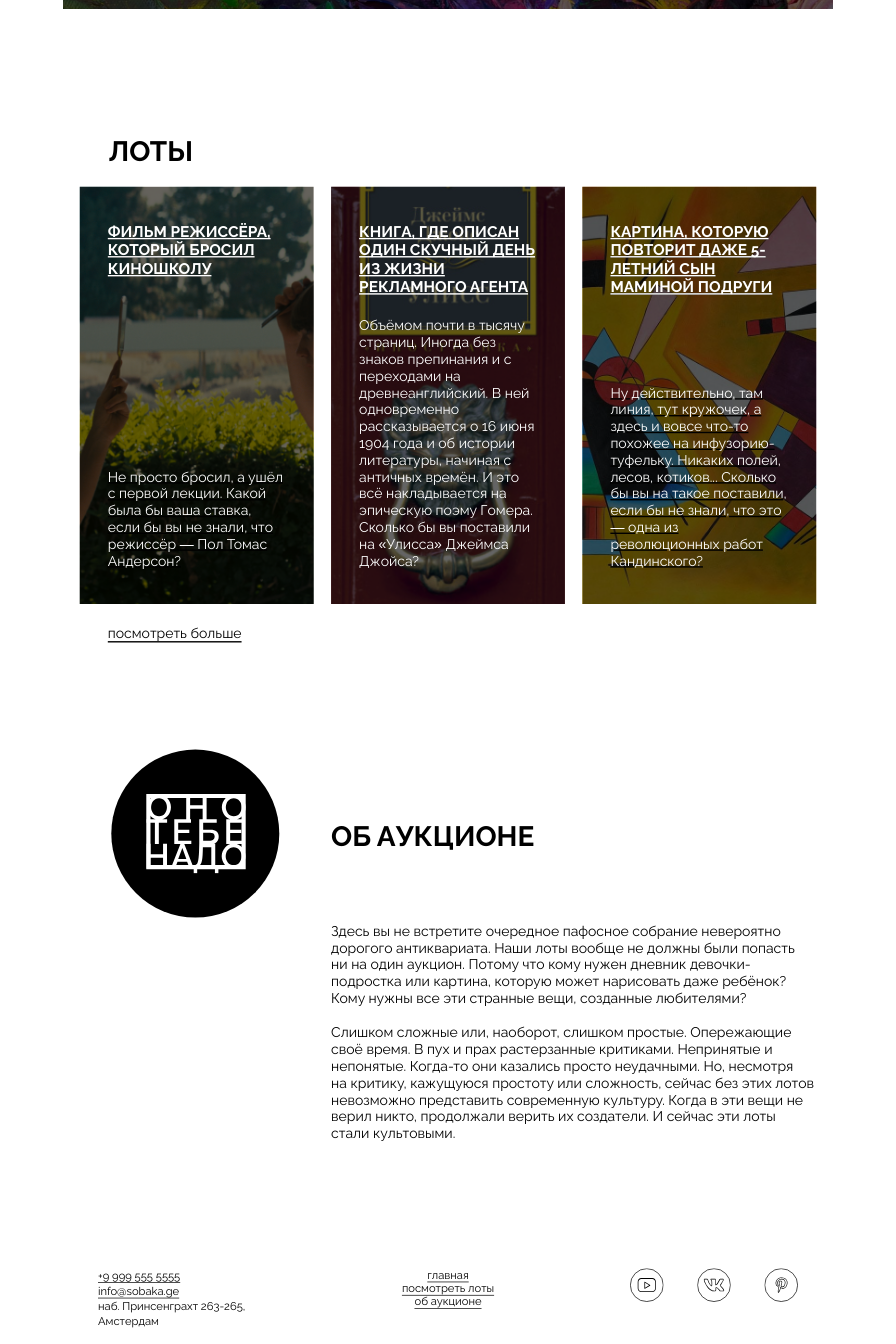
Repository: NikWolf75/ono-tebe-nado-fd
Page: index.html
These files come from the project's save history. The page is drawn as it stood at one moment and after a run of saves; the edit follows.
The browser window is 1280 px wide. The pictures show the part of the page from y = 1037 to 2957 px (the page is 2957 px tall before and 2955 px after), at 70% of full size.

Above is the page before, as saved 2024-12-17 14:11:48.

### index.html
<!DOCTYPE html>
<html lang="ru">
  <head>
    <meta charset="UTF-8">
    <meta http-equiv="X-UA-Compatible" content="IE=edge">
    <meta name="viewport" content="width=device-width, initial-scale=1.0">
    <link href="./fonts/fonts.css" rel="stylesheet">
    <link href="./styles/global.css" rel="stylesheet">
    <link href="./styles/style.css" rel="stylesheet">
    <title>Оно тебе надо — аукцион вещей, в которые никто не верил</title>
  </head>
  <body>
    <header class="header">
      <nav class="header__menu">
        <ul class="header__links-list">
          <li class="header__links-list-item header__links-list-item_no-bullit">
            <a class="header__link header__link-active" href="main">главная</a>
          </li>
          <li class="header__links-list-item">
            <a class="header__link" href="#lots">посмотреть лоты</a>
          </li>
          <li class="header__links-list-item">
            <a class="header__link" href="#about-lots">об аукционе</a>
          </li>
        </ul>
      </nav>
      <a class="header__logo">
        <img
          class="header__logo-image"
          src="./images/logo-black.svg"
          alt="Лого"
        >
      </a>
      <address class="header__address">
        <a href="tel:+99995555555">+9 999 555 5555</a><br>
        <a href="mailto:info@sobaka.ge">info@sobaka.ge</a><br>
        <p> наб. Принсенграхт 263-<br>265, Амстердам</p>
      </address>
    </header>
    <main>
      <section class="cover">
        <div class="overlay"></div>
        <h1 class="cover__title">
          <span class="cover__main-text text-left">Оно</span>
          <span class="cover__main-text text-center">Тебе</span>
          <span class="cover__main-text text-right">Надо</span>
        </h1>
        <div class="cover__discription">
          <p class="cover__discription-text">Аукцион вещей, в которые никто не верил</p>
          <a class="bet-button">Сделать ставку</a>
        </div>
      </section>
      <section class="lots">
        <h2 class="lots__heading">Лоты</h2>
          <ul class="lots__card-list">
            <li class="lots__card-list-item">
              <a class="card-link" href="main">
                <article class="card card_type_film">
                  <div class="overlay"></div>
                  <h3 class="card__title">
                    Фильм режиссёра, который бросил киношколу
                  </h3>
                  <p class="card__text">
                    Не просто бросил, а ушёл
                    с первой лекции. Какой
                    была бы ваша ставка, если бы вы не знали, что
                    режиссёр — Пол Томас
                    Андерсон?
                  </p>
                </article>
              </a>
            </li>
            <li class="lots__card-list-item">
              <a class="card__link" href="main">
                <article class="card card_type_book">
                  <div class="overlay"></div>
                  <h3 class="card__title">
                    Книга, где описан
                    один скучный день
                    из жизни
                    рекламного агента
                  </h3>
                  <p class="card__text">
                    Объёмом почти в тысячу
                    страниц. Иногда без
                    знаков препинания и с переходами на
                    древнеанглийский. В ней
                    одновременно
                    рассказывается о 16 июня
                    1904 года и об истории
                    литературы, начиная с
                    античных времён. И это
                    всё накладывается на
                    эпическую поэму Гомера.
                    Сколько бы вы поставили
                    на «Улисса» Джеймса
                    Джойса?
                  </p>
                </article>
              </a>
            </li>
            <li class="lots__card-list-item">
              <a class="card-link" href="main">
                <article class="card card_type_picture">
                  <div class="overlay"></div>
                  <h3 class="card__title">
                    Картина, которую
                    повторит даже 5-
                    летний сын
                    маминой подруги
                  </h3>
                  <p class="card__text">
                    Ну действительно, там
                    линия, тут кружочек, а
                    здесь и вовсе что-то
                    похожее на инфузорию-
                    туфельку. Никаких полей,
                    лесов, котиков... Сколько
                    бы вы на такое поставили,
                    если бы не знали, что это
                    — одна из
                    революционных работ
                    Кандинского?
                  </p>
                </article>
              </a>
            </li>
          </ul>
          <a class="lots__look-more-link" href="#main">посмотреть больше</a>
      </section>
      <section class="about-lots" id="#about">
        <div class="about-lots__column">
          <div class="about-lots__logo">
            <img
              class="about-lots__logo-image"
              src="./images/logo-white.svg"
              alt="Лого"
            />
          </div>
        </div>
        <div class="about-lots__column">
          <h2 class="about-lots__title">Об аукционе</h2>
          <div class="about-lots__text">
            <p>
              Здесь вы не встретите очередное пафосное собрание невероятно
              дорогого антиквариата. Наши лоты вообще не должны были попасть
              ни на один аукцион. Потому что кому нужен дневник девочки-
              подростка или картина, которую может нарисовать даже ребёнок?
              Кому нужны все эти странные вещи, созданные любителями?
            </p>
            <p>
              Слишком сложные или, наоборот, слишком простые. Опережающие
              своё время. В пух и прах растерзанные критиками. Непринятые
              и непонятые. Когда-то они казались просто неудачными. Но, несмотря
              <br>на критику, кажущуюся простоту или сложность, сейчас без этих
              лотов невозможно представить современную культуру. Когда в эти вещи не
              верил никто, продолжали верить их создатели. И сейчас эти лоты
              стали культовыми.
            </p>
          </div>
        </div>
      </section>
    </main>
    <footer class="footer">
      <address class="address">
        <a href="tel:+99995555555">+9 999 555 5555</a><br>
        <a href="mailto:info@sobaka.ge">info@sobaka.ge</a><br>
        <p> наб. Принсенграхт 263-265,<br>Амстердам</p><br>
      </address>
      <nav class="footer__menu">
        <ui class="footer__menu-list">
          <li class="footer__menu-list-item">
            <a class="footer__menu-link footer__menu-link-active" href="#main">главная</a>
          </li>
          <li class="footer__menu-list-item">
            <a class="footer__menu-link" href="#lots">посмотреть лоты</a>
          </li>
          <li class="footer__menu-list-item">
            <a class="footer__menu-link" href="#about-lots">об аукционе</a>
          </li>
        </ui>
      </nav>
      <nav class="footer__social">
        <ul class="footer__social-list">
          <li class="footer__social-list-item">
            <a class="footer__social-link" href="#main">
              <img
                class="footer__social-logo"
                src="./images/yt.svg"
                alt="youtube"
              />
            </a>
          </li>
          <li class="footer__menu-list-item">
            <a class="footer__social-link" href="#main">
              <img
                class="footer__social-logo"
                src="./images/vk.svg"
                alt="vk"
              />
            </a>
          </li>
          <li class="footer__menu-list-item">
            <a class="footer__social-link" href="#main">
              <img
                class="footer__social-logo"
                src="./images/pinterest.svg"
                alt="pinterest"
              />
            </a>
          </li>
        </ul>
      </nav>
    </footer>
  </body>
</html>

### styles/global.css
*,
*::before,
*::after {
  box-sizing: border-box;
}

body {
  width: 1100px;
  margin: 0 auto;
  font-family: Raleway, sans-serif;
}

h1,
h2,
h3,
h4,
h5,
h6,
p,
ul,
ol,
li,
blockquote {
  margin: 0;
  padding: 0;
}

a {
  color: inherit;
}

img {
  width: 100%;
}

### styles/style.css
.header {
  display: grid;
  grid-template-columns: 1fr min-content 1fr;
  align-items: center;
  padding: 91px 51px 97px 51px;
  font-style: normal;
  font-size: 18px;
  font-weight: 400;
}

.header__links-list {
  display: flex;
  gap: 32px;
  list-style: circle;
}

.header__links-list-item_no-bullit {
  list-style: none;
}

.header__link {
  text-underline-position: under;
}

.header__link-active {
  text-decoration: none;
}

.header__logo {
  width: 148px;
  height: 105px;
  padding: 1px 6px 0 6px;
}

.header__address {
  max-width: 240px;
  justify-self: end;
  font-style: normal;
  line-height: 135%;
  text-underline-position: under;
  padding: 2px 36px 2px 0;
}

.cover {
  background-image: url(../images/cover.jpg);
  background-size: cover;
  background-repeat: no-repeat;
  background-position: center top;
  padding: 164px 0 49px 51px;
  display: flex;
  flex-direction: column;
  gap: 79px;
  position: relative;
}

.overlay {
  position: absolute;
  z-index: 1;
  top: 0;
  left: 0;
  width: 100%;
  height: 100%;
  background-color: rgb(0, 0, 0, 0.6);
}

.cover__title {
  position: relative;
  z-index: 2;
  font-weight: 700;
  font-size: 100px;
  letter-spacing: 0.3em;
  text-transform: uppercase;
  color: #fff;
}

.cover__main-text {
  display: block;
  line-height: 115%;
}

.text-left {
  text-align: start;
}

.text-center {
  text-align: center;
  padding: 20px 20px 12px 0;
}

.text-right {
  text-align: right;
  padding: 8px 20px 29px 0;
}

.cover__discription {
  z-index: 2;
  display: flex;
  align-items: center;
  justify-content: start;
  line-height: 140%;
  gap: 110px;
}

.cover__discription-text {
  font-size: 22px;
  color: #fff;
  word-spacing: 18px;
  line-height: 127%;
  white-space: nowrap;
  text-transform: uppercase;
}

.bet-button {
  width: 256px;
  height: 51px;
  font-weight: 500;
  text-align: center;
  padding: 10px 0 0 0;
  font-size: 22px;
  color: #fff;
  border: 1px solid #fff;
  text-transform: uppercase;
  background-color: transparent;
}
.lots {
  display: flex;
  flex-direction: column;
  padding: 179px 24px 150px 24px;
}

.lots__heading {
  font-weight: 700;
  font-size: 40px;
  text-transform: uppercase;
  margin: 0 0 28px 41px;
}

.lots__card-list {
  display: flex;
  justify-content: center;
  list-style: none;
  gap: 25px
}

.lots__card-list-item {
  width: 334px;
  min-height: 596px;
  flex-grow: 1;
}

.card__link {
  display: block;
  text-decoration: none;
  height: 100%;
}

.card {
  position: relative;
  background-size: cover;
  background-repeat: no-repeat;
  background-position: center;
  display: flex;
  flex-direction: column;
  justify-content: space-between;
  padding: 50px 40px;
  height: 100%;
}

.card_type_film {
  background-image: url(../images/card-lot-01.jpg);
}

.card_type_book {
  background-image: url(../images/card-lot-02.jpg);
}

.card_type_picture {
  background-image: url(../images/card-lot-03.jpg);
}

.card__title {
  font-weight: 700;
  font-size: 22px;
  line-height: 120%;
  z-index: 2;
  text-transform: uppercase;
  text-decoration: underline;
  text-decoration-skip-ink: none;
  color: #fff;
}

.card__text {
  font-weight: 400;
  font-size: 20px;
  line-height: 120%;
  z-index: 2;
  color: #fff;
}

.lots__look-more-link {
  text-underline-position: under;
  font-weight: 400;
  font-size: 20px;
  color: #000;
  padding: 30px 0 4px 40px;
}

.about-lots {
  display: grid;
  grid-template-columns: 330px auto;
  justify-items: center;
  padding: 0 27px 100px 24px;
  gap: 29px;
}

.about-lots__logo {
  display: flex;
  justify-content: center;
  align-items: center;
  width: 240px;
  height: 240px;
  border-radius: 100%;
  background-color: #000;
}

.about-lots__logo-image {
  width: 148px;
  height: 114px;
}

.about-lots__title {
  margin: 100px 0;
  font-size: 40px;
  font-weight: 700;
  font-style: normal;
  text-transform: uppercase;
}

.about-lots__text {
  display: flex;
  flex-direction: column;
  gap: 25px;
  font-size: 20px;
  line-height: 120%;
}

.footer {
  padding: 81px 50px 0;
  display: grid;
  grid-template-columns: 1fr auto 1fr;
}

.address {
  font-style: normal;
  font-weight: 400;
  line-height: 135%;
  text-underline-position: under;
}

.footer__menu-list {
  display: flex;
  flex-direction: column;
  align-items: center;
  list-style: none;
}

.footer__menu-link {
  text-underline-position: under;
}

.footer__menu-link_active {
  text-decoration: none;
}

.footer__social {
  justify-self: end;
}

.footer__social-list {
  display: flex;
  justify-content: space-between;
  gap: 48px;
  list-style: none;
}

.footer__social-list-item {
  height: 100%;
}

.footer__social-link {
  text-decoration: none;
}

.footer__social-logo {
  height: 48px;
}

Loaded but not shown: fonts/fonts.css (common file)

After the next 3 saves:
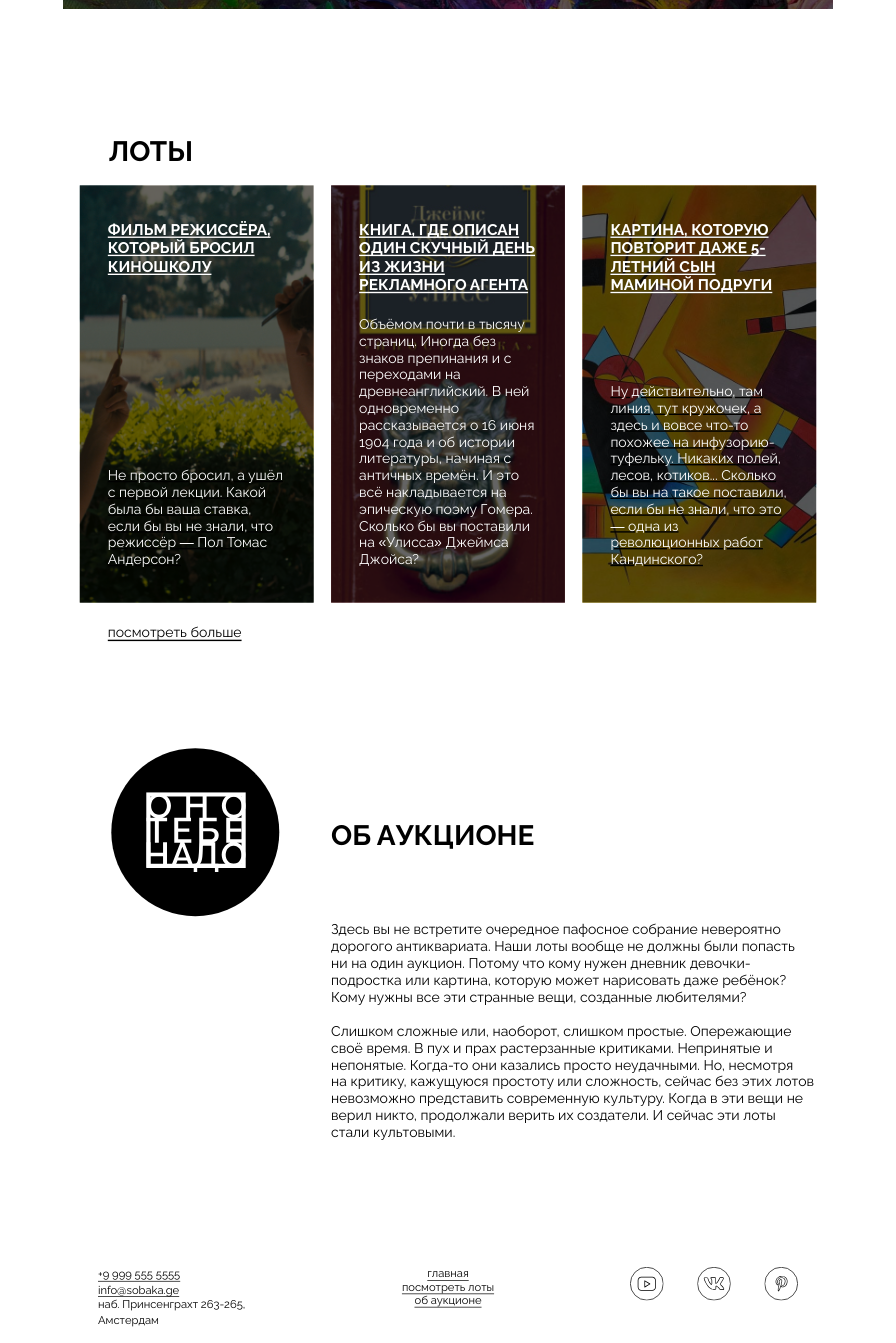
The 3 saves are shown as one change because they came seconds apart.
The last was saved 21 s later.
--- a/styles/style.css
+++ b/styles/style.css
@@ -132,7 +132,7 @@
   font-weight: 700;
   font-size: 40px;
   text-transform: uppercase;
-  margin: 0 0 28px 41px;
+  margin: 0 0 26px 41px;
 }
 
 .lots__card-list {
